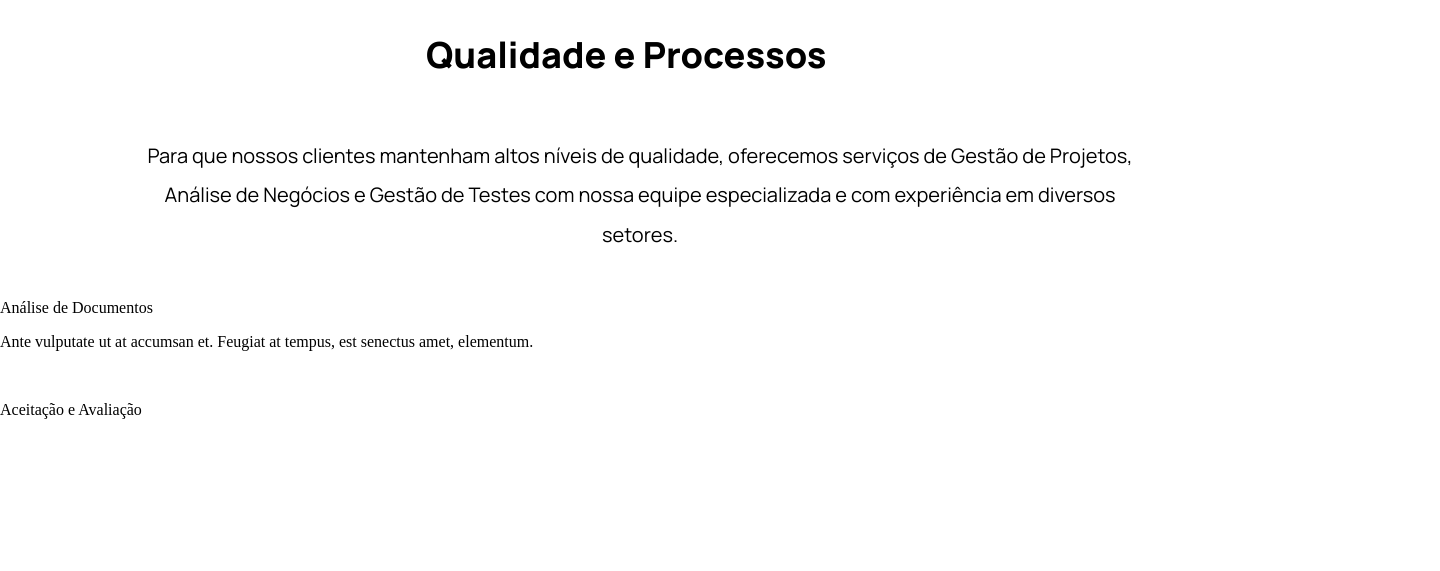
Repository: kleber-goncalves/Landing-Page-Gestao-de-projetos-dnc
Page: index.html
These files come from the project's save history. The page is drawn as it stood at one moment and after a run of saves; the edit follows.
The browser window is 1280 px wide. The page is 1440 px wide, so the pictures cover 1440 px, including what lies to the right of the window. The pictures show the part of the page from y = 754 to 1393 px (the page is 1325 px tall before and 1393 px after).

Above is the page before, as saved 2025-01-04 15:53:46.

After the next 2 saves:
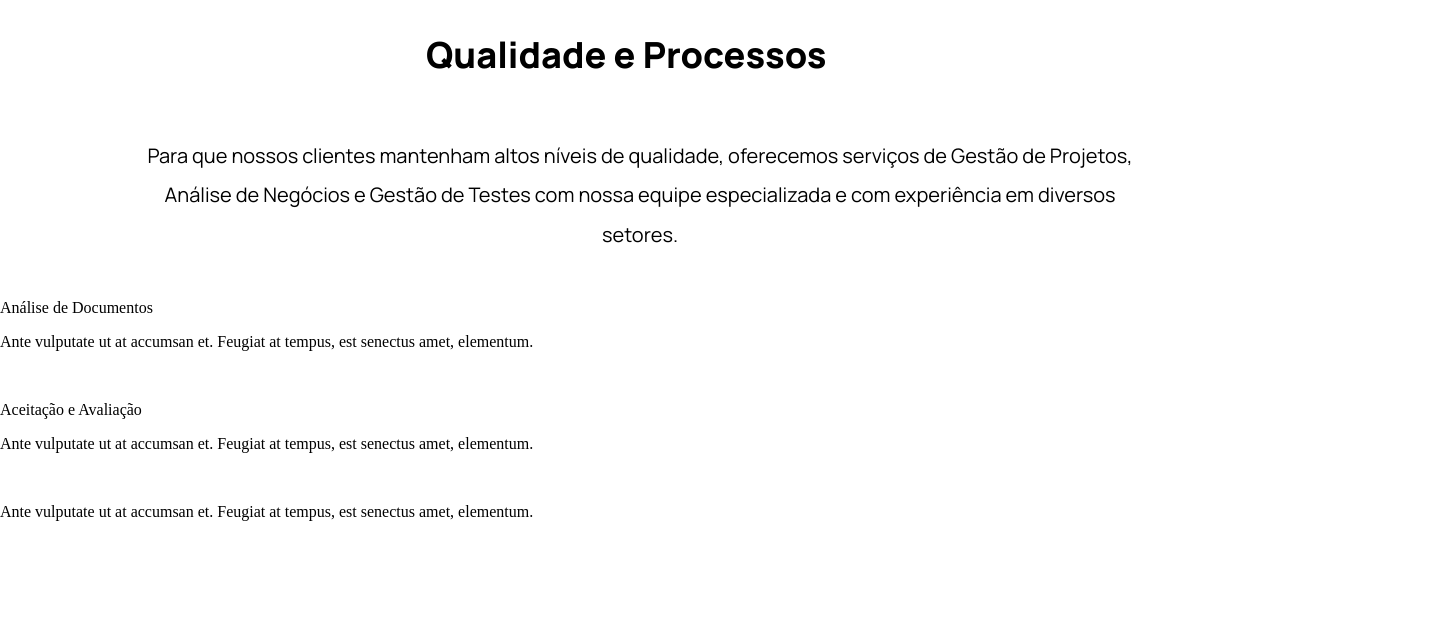
The 2 saves are shown as one change because they came seconds apart.
The last was saved 16 s later.
--- a/index.html
+++ b/index.html
@@ -37,12 +37,12 @@
                 <div id="icons-estrela">
                     <img class="img-icons" src="" alt="">
                     <p class="txt-icons">Aceitação e Avaliação</p>
-                    <p class="sub-icons"></p>
+                    <p class="sub-icons">Ante vulputate ut at accumsan et. Feugiat at tempus, est senectus amet, elementum.</p>
                 </div>
                 <div id="icons-coroa">
                     <img class="img-icons" src="" alt="">
                     <p class="txt-icons"></p>
-                    <p class="sub-icons"></p>
+                    <p class="sub-icons">Ante vulputate ut at accumsan et. Feugiat at tempus, est senectus amet, elementum.</p>
                 </div>
                 <div id="icons-fluxos">
                     <img class="img-icons" src="" alt="">
